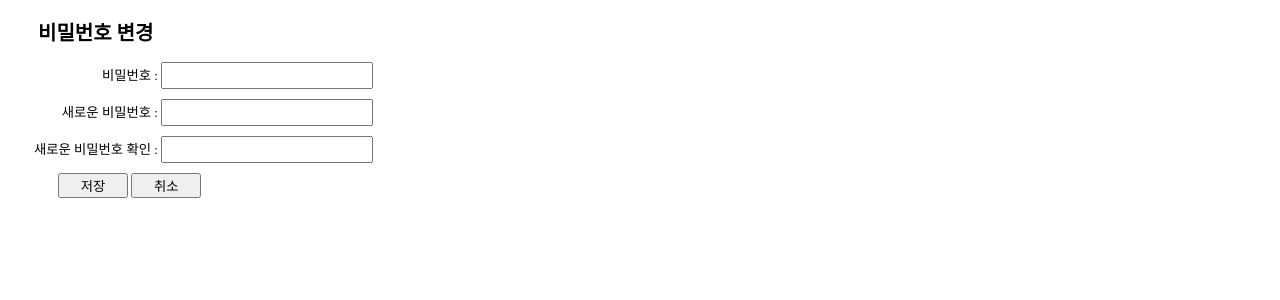
Repository: 5anniversary/JSPhw
Page: html1/WebContent/02practice/signup.html
The author's editor kept a copy of each file at every save. The page is drawn from the files as they stood at one save, then again after the next save.
The browser window is 1280 px wide. The pictures show the whole page.

Above is the page before, as saved 2020-04-11 10:02:24.

### html1/WebContent/02practice/signup.html
<!DOCTYPE html>
<html>
<head>
<meta http-equiv="Content-Type" content="text/html; charset=utf-8">
<style>
body { font-family: 굴림; font-size: 10pt;}
h2 { margin-left: 30px; }
div { margin-bottom: 10px; }
label:first-child {	display: inline-block; width: 150px; text-align: right; }
label:not(:first-child ) { display: inline-block; margin-right: 20px; }
input[type=password], select {padding: 4px;width: 200px;}
input[type=submit] {margin-left: 50px;width: 70px;}
input[type=reset] {	width: 70px; }
</style>
</head>
<body>
	<form method="post">
		<h2>비밀번호 변경</h2>
		<div>
			<label>비밀번호 :</label> <input type="password" name="pw" />
		</div>
		<div>
			<label>새로운 비밀번호 :</label> <input type="password" name="newpw" />
		</div>
		<div>
			<label>새로운 비밀번호 확인 :</label> <input type="password" name="pw" />
		</div>
		<div>
			<input type="submit" value="저장" /> <input type="reset" value="취소" />
		</div>
	</form>
</body>
</html>

After the next save:
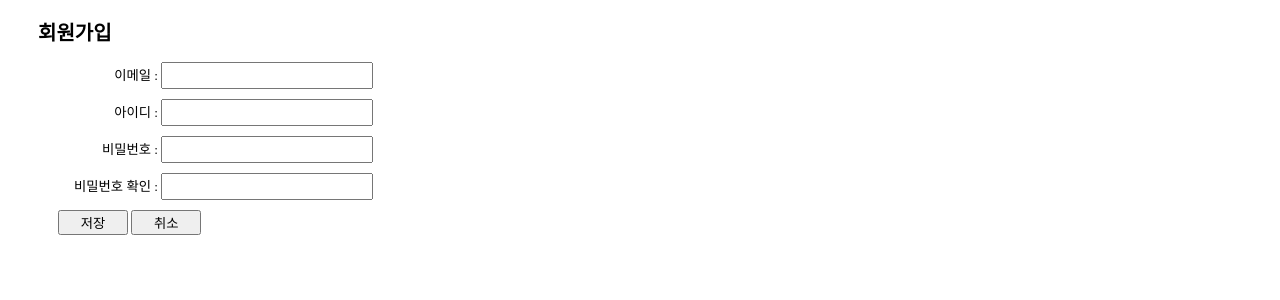
Saved 110 s later.
--- a/html1/WebContent/02practice/signup.html
+++ b/html1/WebContent/02practice/signup.html
@@ -8,6 +8,8 @@ h2 { margin-left: 30px; }
 div { margin-bottom: 10px; }
 label:first-child {	display: inline-block; width: 150px; text-align: right; }
 label:not(:first-child ) { display: inline-block; margin-right: 20px; }
+input[type=email], select {padding: 4px;width: 200px;}
+input[type=text], select {padding: 4px;width: 200px;}
 input[type=password], select {padding: 4px;width: 200px;}
 input[type=submit] {margin-left: 50px;width: 70px;}
 input[type=reset] {	width: 70px; }
@@ -15,15 +17,19 @@ input[type=reset] {	width: 70px; }
 </head>
 <body>
 	<form method="post">
-		<h2>비밀번호 변경</h2>
+		<h2> 회원가입 </h2>
+		<div>
+			<label>이메일 :</label> <input type="email" name="email" />
+		</div>
+				<div>
+			<label>아이디 :</label> <input type="text" name="id" />
+		</div>
+
 		<div>
 			<label>비밀번호 :</label> <input type="password" name="pw" />
 		</div>
 		<div>
-			<label>새로운 비밀번호 :</label> <input type="password" name="newpw" />
-		</div>
-		<div>
-			<label>새로운 비밀번호 확인 :</label> <input type="password" name="pw" />
+			<label>비밀번호 확인 :</label> <input type="password" name="newpw" />
 		</div>
 		<div>
 			<input type="submit" value="저장" /> <input type="reset" value="취소" />
